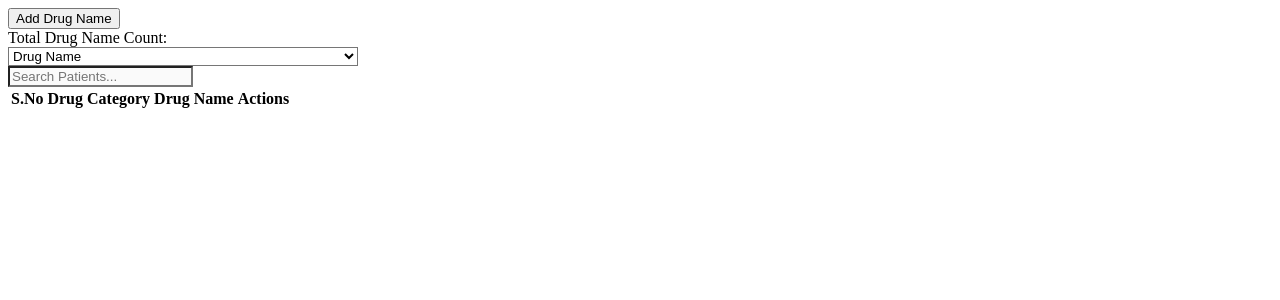
Repository: Pavira/Nithya-Clinic
Page: frontend/pages/drug_names/view_drug_names.html
An editor plug-in stored every save of this project. The page is shown before and after the next save, followed by the edit.
The browser window is 1280 px wide. The pictures show the whole page.

Above is the page before, as saved 2025-08-23 11:45:58.

After the next save:
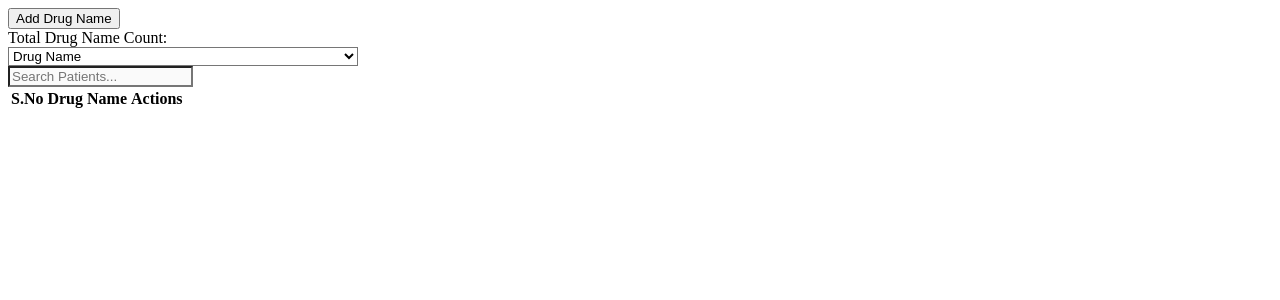
Saved 47 s later.
--- a/frontend/pages/drug_names/view_drug_names.html
+++ b/frontend/pages/drug_names/view_drug_names.html
@@ -29,7 +29,7 @@
   <select class="form-select" id="search_type" style="width: 350px; background-color:white;">
     <!-- <option value="" selected disabled>Select Search Type</option> -->
     <option value="drug_name" selected >Drug Name</option>
-    <option value="drug_category">Drug Category</option>
+    <!-- <option value="drug_category">Drug Category</option> -->
   </select>
 
   <!-- Search Input with Icon -->
@@ -46,7 +46,7 @@
   <thead class="table-light">
     <tr>
       <th>S.No</th>
-      <th>Drug Category</th>
+      <!-- <th>Drug Category</th> -->
       <th>Drug Name</th>
       <th>Actions</th>
     </tr>
